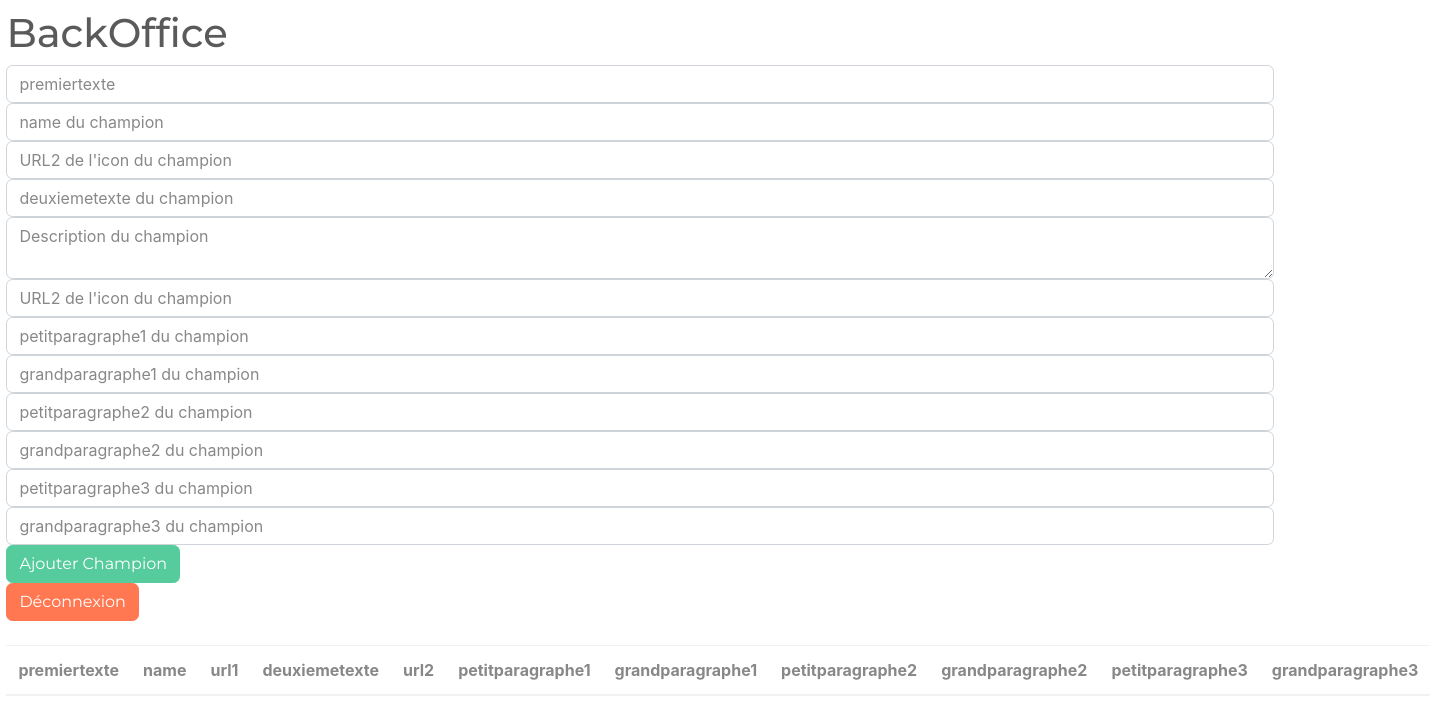
Repository: AdilGHAZAL/MosaiqueWebdoc
Page: /backoffice
These files come from the project's save history. The page is drawn as it stood at one moment and after the next save; the edit follows.
The browser window is 1280 px wide. The page is 1430 px wide, so the pictures cover 1430 px, including what lies to the right of the window. The pictures show the whole page.
The page's requests for data from a server got no answer. Some web fonts or font styles are not loaded; a fallback is used. Some web libraries are served in a nearby version. The project was rebuilt for these pictures with package versions that can differ from the ones it lists, and the page was loaded fresh each time. No one was signed in, and anything a server would have sent is missing. Also part of the build but not shown: vite.config.js, src/App.css, src/components/Navbar.css, src/components/Navbar.jsx, src/components/Athletes.css, src/components/Athletes.jsx, src/components/Athletes2.jsx, src/components/Athletes3.jsx and 18 more.

Above is the page before, as saved 2024-05-02 18:58:26.

After the next save:
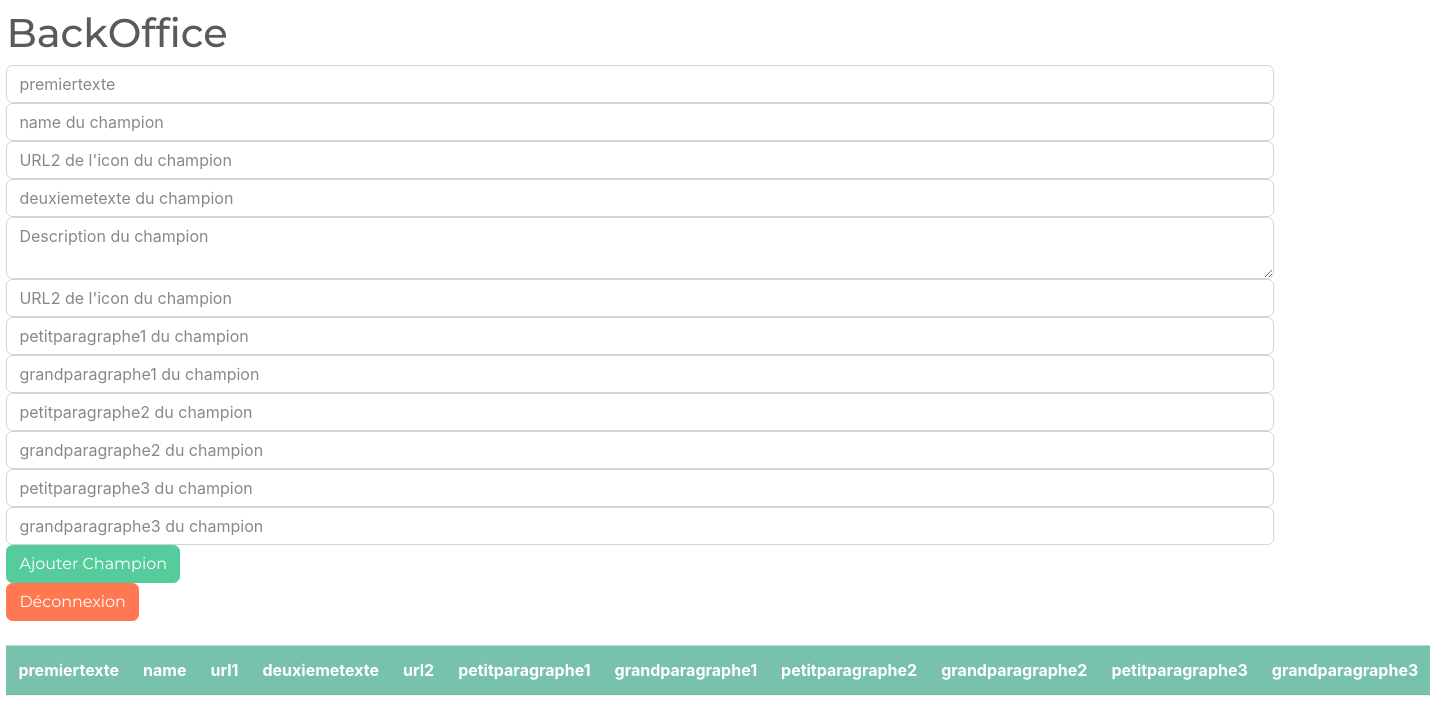
Saved 26 s later.
--- a/src/backoffice.jsx
+++ b/src/backoffice.jsx
@@ -181,7 +181,7 @@ export default function MainView() {
 
       <table className='table table-hover mt-4'>
         <thead>
-          <tr>
+          <tr className='table-primary'>
           <th>premiertexte</th>
             <th>name</th>
             <th>url1</th>
